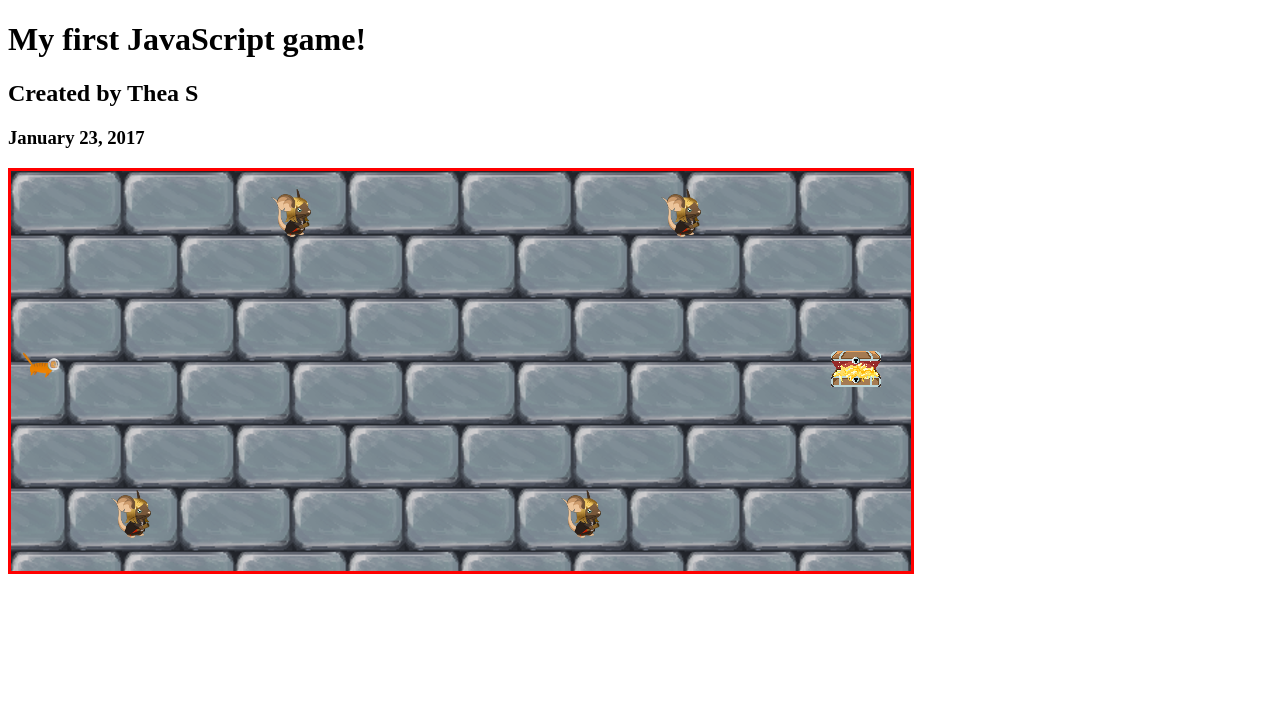
Repository: m-rabbit/b1_sukianto_code
Page: websites/Final/index.html
An editor plug-in stored every save of this project. The page is shown before and after the next save, followed by the edit.
The browser window is 1280 px wide. The pictures show the whole page.

Above is the page before, as saved 2017-01-23 15:12:51.

### websites/Final/index.html
<!DOCTYPE html>
<html>
	<head>
		<title>Final Project</title>
		<style>
			canvas {
				border: 3px solid red;
			}
		</style>
	</head>
	<body>
		<h1>My first JavaScript game!</h1>
		<h2>Created by Thea S</h2>
		<h3>January 23, 2017</h3>

		<canvas id="myCanvas" width="900" height="400"></canvas>
		<script src="js/game.js">
		</script>
	</body>
</html>

### websites/Final/js/game.js
window.addEventListener("load", function(){



			var CANVAS_WIDTH = 900;
			var CANVAS_HEIGHT = 400;
			var GAME_WIDTH = 900;
			var GAME_HEIGHT = 360;

			var sprites = {};

			var gameLive = true;

			var enemies = [{
				x : 100,
				y : 100,
				speedY : 1,
				w : 40,
				h : 40,
				downColor: "#0000FF",
				upColor: "#FF0000"
			}, {
				x : 260,
				y : 100,
				speedY : 2,
				w : 40,
				h : 40,
				downColor: "#00FF00",
				upColor: "#0000FF"
			},/* {
				x : 300,
				y : 100,
				speedY : 3,
				w : 40,
				h : 40,
				downColor: "#800000",
				upColor: "#000088"
			}, /*{
				x : 450,
				y : 100,
				speedY : 7,
				w : 40,
				h : 40,
				downColor: "#FF0000",
				upColor: "#00FF00"
			},*/
			{
				x : 550,
				y : 100,
				speedY : 1,
				w : 40,
				h : 40,
				downColor: "#0000FF",
				upColor: "#FF0000"
			}, {
				x : 650,
				y : 100,
				speedY : 2,
				w : 40,
				h : 40,
				downColor: "#00FF00",
				upColor: "#0000FF"
			},/* {
				x : 750,
				y : 100,
				speedY : 3,
				w : 40,
				h : 40,
				downColor: "#800000",
				upColor: "#000088"
			}, /*{
				x : 850,
				y : 100,
				speedY : 7,
				w : 40,
				h : 40,
				downColor: "#FF0000",
				upColor: "#00FF00"
			},*/

			];

			var player = {
				x: 10,
				y: 180,
				speedX: 2,
				w: 40,
				h: 40,
				isMoving: false
			};

			var goal = {
				x: 820,
				y: 180,
				w: 50,
				h: 50

			};

			var movePlayer = function(){
				player.isMoving = true;

			};

			var stopPlayer = function(){
				player.isMoving = false;

			};

			var load = function(){
				sprites.player = new Image();
				sprites.player.src = "sprites/hero.png";
				sprites.goal = new Image();
				sprites.goal.src = "sprites/chest.png";
				sprites.enemy = new Image();
				sprites.enemy.src = "sprites/enemy.png";
				sprites.background = new Image();
				sprites.background.src = "sprites/floor.png";
			};

			var checkCollision = function(rect1, rect2){
				var closeOnWidth = Math.abs(rect1.x - rect2.x) <= Math.max(rect1.w, rect2.w);
				var closeOnHeight =Math.abs(rect1.y - rect2.y) <= Math.max(rect1.h, rect2.h);

			return closeOnHeight && closeOnWidth;
			};

			var canvas = document.getElementById("myCanvas");
			var ctx = canvas.getContext("2d");

			canvas.addEventListener("mousedown", movePlayer);
			canvas.addEventListener("mouseup", stopPlayer);




			var update = function() {
				if(checkCollision(player, goal)) {
					gameLive = false;
					alert("You have won the game");
					//later bump up the difficulty
					window.location("");
				};

				var j = 0;
				var n = enemies.length;

				if(player.isMoving) {
					player.x += player.speedX;
				};



				enemies.forEach(function(element, index) {
					element.y += element.speedY;

				//test for collision between player and each enemy
				if(checkCollision(player, element)) {
					gameLive = false;
					alert('Game Over');
					window.location = "";
				}
					if (element.y >= GAME_HEIGHT) {
						element.y = GAME_HEIGHT;
						element.speedY *= -1;
					}
					else if (element.y <= 0) {
						element.y = 0;
						element.speedY *= -1;
					}
				});
				/*while (j < n) {
					enemies[j].y = enemies[j].y + enemies[j].speedY;
					if (enemies[j].y >= GAME_HEIGHT) {
						enemies[j].y = GAME_HEIGHT;
						enemies[j].speedY *= -1;
					}
					else if (enemies[j].y <= 0) {
						enemies[j].y = 0;
						enemies[j].speedY *= -1;
					}
					j++;
				} */
			};

			var draw = function() {
				ctx.clearRect(0, 0, CANVAS_WIDTH, CANVAS_HEIGHT);

				//draw background
				ctx.drawImage(sprites.background, 0, 0);

				//draw player
				ctx.drawImage(sprites.player, player.x, player.y);

				//draw treasure chest
				ctx.drawImage(sprites.goal, goal.x, goal.y);

				//ctx.fillStyle = "rgba(128, 128, 0, 0.6)";
				//ctx.fillRect(goal.x, goal.y, goal.w, goal.h);

				//ctx.fillStyle = "#000000";
				//ctx.fillRect(player.x, player.y, player.w, player.h);
				//ctx.fillStyle = "#3333FF";
				enemies.forEach(function(element,index) {
					ctx.drawImage(sprites.enemy, element.x, element.y);
				});
				/*for(var j = 0; j < enemies.length; j++) {
					if (enemies[j].speedY > 0) {
						ctx.fillStyle = enemies[j].downColor;
					}
					else if(enemies[j].speedY < 0) {
						ctx.fillStyle = enemies[j].upColor;
					}
					else {
						ctx.fillStyle = "#000000";
					}
					ctx.fillRect(enemies[j].x, enemies[j].y, enemies[j].w, enemies[j].h);
				}*/

			};
			var step = function() {
				update();
				draw();
				if (gameLive) {
					window.requestAnimationFrame(step);
				}
			};

			load();
			step();

			/*
			 * var j = 0;
				var n = enemies.length;
				while (j < n) {
					if (enemies[j].speedY > 0) {
						ctx.fillStyle = enemies[j].downColor;
					}
					else if(enemies[j].speedY < 0) {
						ctx.fillStyle = enemies[j].upColor;
					}
					else {
						ctx.fillStyle = "#000000";
					}
					ctx.fillRect(enemies[j].x, enemies[j].y, enemies[j].w, enemies[j].h);
					j++;
				}
			 */
			});

After the next save:
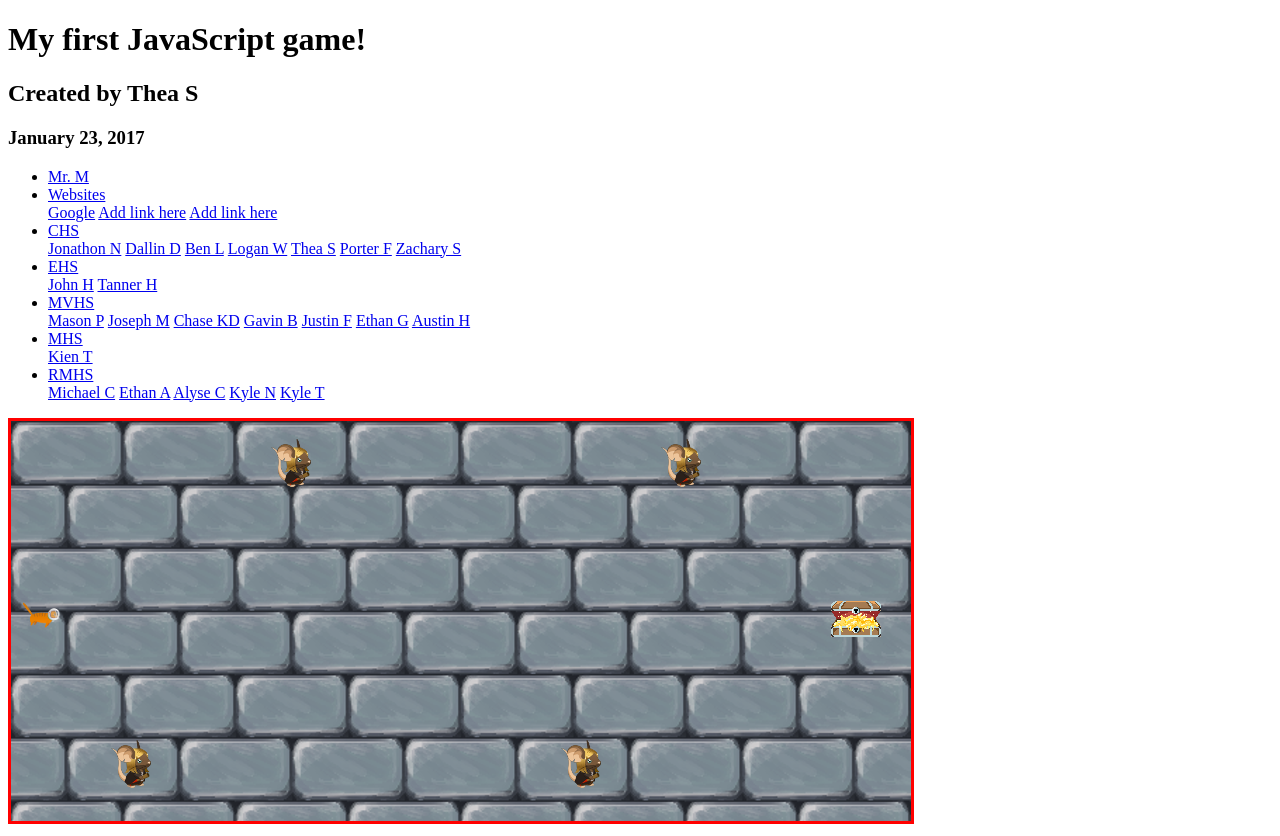
Saved 36 s later.
--- a/websites/Final/index.html
+++ b/websites/Final/index.html
@@ -13,6 +13,74 @@
 		<h2>Created by Thea S</h2>
 		<h3>January 23, 2017</h3>
 
+		<ul class="w3-navbar w3-card-2 w3-pale-green">
+			<li>
+				<a href="../../index.html">Mr. M</a>
+			</li>
+
+			<li class="w3-dropdown-hover w3-hover-aqua">
+				<a class="w3-hover-cyan" href="#">Websites<i class="fa fa-caret-down"></i></a>
+				<div class="w3-dropdown-content w3-white w3-card-4">
+					<a href="http://google.com">Google</a>
+					<a href="#">Add link here</a>
+					<a href="#">Add link here</a>
+				</div>
+			</li>
+
+			<li class="w3-dropdown-hover w3-hover-aqua">
+				<a class="w3-hover-cyan" href="#">CHS <i class="fa fa-caret-down"></i></a>
+				<div class="w3-dropdown-content w3-white w3-card-4">
+					<a href="../nuge/index.html">Jonathon N</a>
+					<a href="../dans/index.html">Dallin D</a>
+					<a href="../lars/index.html">Ben L</a>
+					<a href="../wa/index.html">Logan W</a>
+					<a href="../suki/index.html">Thea S</a>
+					<a href="../flet/index.html">Porter F</a>
+					<a href="../sche/index.html">Zachary S</a>
+				</div>
+			</li>
+
+			<li class="w3-dropdown-hover w3-hover-aqua">
+				<a class="w3-hover-cyan" href="#">EHS <i class="fa fa-caret-down"></i></a>
+				<div class="w3-dropdown-content w3-white w3-card-4">
+					<a href="../hous/index.html">John H</a>
+					<a href="../helm/index.html">Tanner H</a>
+				</div>
+			</li>
+
+			<li class="w3-dropdown-hover w3-hover-aqua">
+				<a class="w3-hover-cyan" href="#">MVHS <i class="fa fa-caret-down"></i></a>
+				<div class="w3-dropdown-content w3-white w3-card-4">
+					<a href="../powe/index.html">Mason P</a>
+					<a href="../moor/index.html">Joseph M</a>
+					<a href="../kosk/index.html">Chase KD</a>
+					<a href="../bens/index.html">Gavin B</a>
+					<a href="../fern/index.html">Justin F</a>
+					<a href="../gron/index.html">Ethan G</a>
+					<a href="../hoag/index.html">Austin H</a>
+				</div>
+			</li>
+
+			<li class="w3-dropdown-hover w3-hover-aqua">
+				<a class="w3-hover-cyan" href="#">MHS <i class="fa fa-caret-down"></i></a>
+				<div class="w3-dropdown-content w3-white w3-card-4">
+					<a href="../tra/index.html">Kien T</a>
+				</div>
+			</li>
+
+			<li class="w3-dropdown-hover w3-hover-aqua">
+				<a class="w3-hover-cyan" href="#">RMHS <i class="fa fa-caret-down"></i></a>
+				<div class="w3-dropdown-content w3-white w3-card-4">
+					<a href="../clev/index.html">Michael C</a>
+					<a href="../alv/index.html">Ethan A</a>
+					<a href="../clem/index.html">Alyse C</a>
+					<a href="../ne/index.html">Kyle N</a>
+					<a href="../tipp/index.html">Kyle T</a>
+				</div>
+			</li>
+
+		</ul>
+
 		<canvas id="myCanvas" width="900" height="400"></canvas>
 		<script src="js/game.js">
 		</script>
